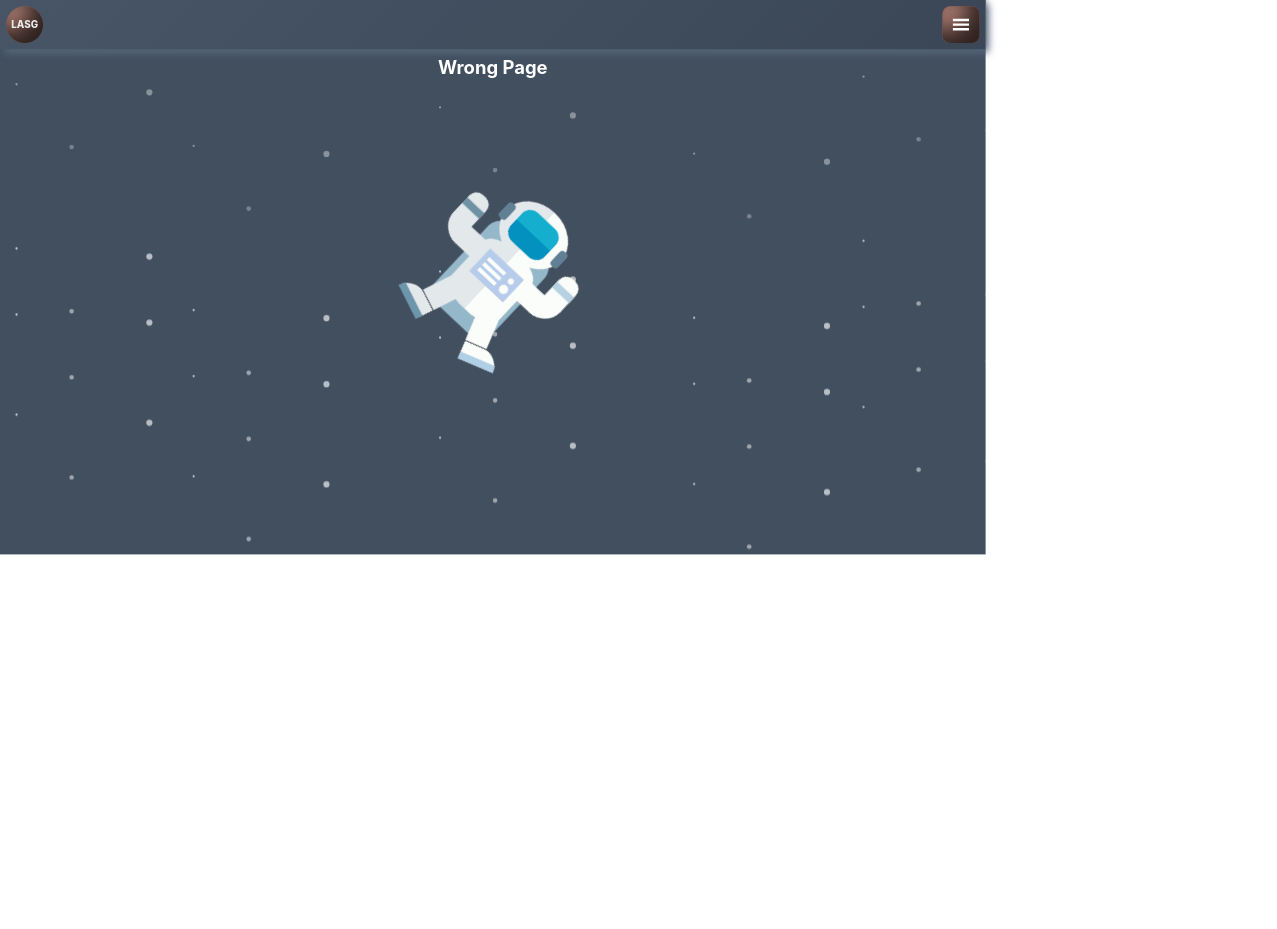
Repository: ShindanoSingi/LA-Swahili-Group
Page: /register (app in client/)
These files come from the project's save history. The page is drawn as it stood at one moment and after the next save; the edit follows.
The browser window is 1280 px wide. The page is 1658 px wide, then 1280 px, so the pictures cover 1658 px, including what lies to the right of the window. The pictures show the whole page, at 77% of full size.
The project was rebuilt for these pictures with package versions that can differ from the ones it lists, and the page was loaded fresh each time. Also part of the build but not shown: client/src/pages/home/Home.js, client/src/pages/about/About.js, client/src/pages/contact/Contact.js, client/src/pages/login/Login.js, client/src/pages/userDashBoard/UserDashBoard.js, client/src/pages/superUsersDashBoard/SuperUsersDashBoard.js.

Above is the page before, as saved 2024-02-11 15:14:37.

### client/src/index.js
import React from 'react';
import ReactDOM from 'react-dom/client';
import './index.css';
import App from './App';
import reportWebVitals from './reportWebVitals';
import { Provider } from "react-redux";
import store from './redux/store';
import { BrowserRouter } from 'react-router-dom';


const root = ReactDOM.createRoot(document.getElementById('root'));
root.render(
  <Provider store={store}>
    <BrowserRouter>
    <App />
    </BrowserRouter>
  </Provider>
);

// If you want to start measuring performance in your app, pass a function
// to log results (for example: reportWebVitals(console.log))
// or send to an analytics endpoint. Learn more: https://bit.ly/CRA-vitals
reportWebVitals();

### client/src/index.css
@tailwind base;
@tailwind components;
@tailwind utilities;

:root{
  --primary: #424F5F;
  --secondary: #F3F3F3;
  --tertiary: #F4A261;
  --quaternary: #2A9D8F;
  --quinary: #E9C46A;

}

body {
  margin: 0;
  font-family: -apple-system, BlinkMacSystemFont, 'Segoe UI', 'Roboto', 'Oxygen',
    'Ubuntu', 'Cantarell', 'Fira Sans', 'Droid Sans', 'Helvetica Neue',
    sans-serif;
  -webkit-font-smoothing: antialiased;
  -moz-osx-font-smoothing: grayscale;
}

.container{
  max-height: 100vh;
  background-color: var(--primary);
}

.container {
  display: flex;
  justify-content: center;
  align-items: center;
  height: 100vh;
}

.logo{
  height: 100dvh;
}

### client/src/App.js
import Header from "./components/header/Header";
import Error from "./pages/error/Error";
import Home from "./pages/home/Home";
import { Routes, Route, useNavigate } from "react-router-dom";
import About from "./pages/about/About";
import Contact from "./pages/contact/Contact";
import Login from "./pages/login/Login";
import UserDashBoard from "./pages/userDashBoard/UserDashBoard";
import SuperUsersDashBoard from "./pages/superUsersDashBoard/SuperUsersDashBoard";
import { useEffect } from "react";


function App() {

      const navigate = useNavigate()

      const user = 'superusers';

      useEffect(() => {
            if (user === 'superuser') {
                  navigate('/superuser')
            }
      })

      return (
            <>
                  <Header />
                  <Routes>
                        <Route path="/" element={<Home />} />
                        <Route path="/about" element={<About />} />
                        <Route path="/contact" element={<Contact />} />
                        <Route path="/login" element={<Login />} />
                        <Route path="/user" element={<UserDashBoard/>} />
                        <Route path="/superuser" element={<SuperUsersDashBoard/>} />
                        <Route path="/admin" element={<adminDashBoard/>} />
                        <Route
                              path="/:rest*"
                              element={
                                    <h1>
                                          <Error />
                                    </h1>
                              }
                        />
                  </Routes>
            </>
      );
}

export default App;

### client/src/redux/store.js
import { configureStore } from "@reduxjs/toolkit";

import userReducer from "./userSlice";

const store = configureStore({
    reducer: {
        userReducer,
    },
});

export default store;

### client/src/components/header/Header.js
import React, { useState } from "react";
import "./Header.css";
import { GiHamburgerMenu } from "react-icons/gi";
import { Link } from "react-router-dom";

function Header() {
      const [show, setShow] = useState(false);

      return (
            <div className="header fixed top-0 w-full flex items-center justify-between p-2">
                  <div className="w-12 h-12 rounded-full text-[0.8rem] logo-button flex font-extrabold text-[#EBEBEB] justify-center items-center">
                        LASG
                  </div>
                  <div className="hambourger h-12 w-12 flex items-center justify-center">
                        <GiHamburgerMenu
                              className="text-[#FFFFFF] text-2xl"
                              onClick={() => setShow(!show)}
                        />
                  </div>
                  {show && (
                        <ul className="flex flex-col items-center p-2 top-[4.2rem] right-2 menu text-[#FFFFFF] absolute">
                              <Link to="/" onClick={() => setShow(!show)}>
                                    <li className="menu-item">Home</li>
                              </Link>
                              <Link to="/about" onClick={() => setShow(!show)}>
                                    <li className="menu-item">About</li>
                              </Link>
                              <Link
                                    to="/contact"
                                    onClick={() => setShow(!show)}
                              >
                                    <li className="menu-item">Contact</li>
                              </Link>
                              <Link to="/login" onClick={() => setShow(!show)}>
                                    <li className="menu-item">Login</li>
                              </Link>
                        </ul>
                  )}
            </div>
      );
}

export default Header;

### client/src/pages/error/Error.js
import React from "react";
import "./Error.css";

function Error() {
      return (
            <div className="container">
                    <div className="absolute text-white font-bold text-2xl top-[10%]">Wrong Page</div>
                  <div className="box-of-star1">
                        <div className="star star-position1"></div>
                        <div className="star star-position2"></div>
                        <div className="star star-position3"></div>
                        <div className="star star-position4"></div>
                        <div className="star star-position5"></div>
                        <div className="star star-position6"></div>
                        <div className="star star-position7"></div>
                  </div>
                  <div className="box-of-star2">
                        <div className="star star-position1"></div>
                        <div className="star star-position2"></div>
                        <div className="star star-position3"></div>
                        <div className="star star-position4"></div>
                        <div className="star star-position5"></div>
                        <div className="star star-position6"></div>
                        <div className="star star-position7"></div>
                  </div>
                  <div className="box-of-star3">
                        <div className="star star-position1"></div>
                        <div className="star star-position2"></div>
                        <div className="star star-position3"></div>
                        <div className="star star-position4"></div>
                        <div className="star star-position5"></div>
                        <div className="star star-position6"></div>
                        <div className="star star-position7"></div>
                  </div>
                  <div className="box-of-star4">
                        <div className="star star-position1"></div>
                        <div className="star star-position2"></div>
                        <div className="star star-position3"></div>
                        <div className="star star-position4"></div>
                        <div className="star star-position5"></div>
                        <div className="star star-position6"></div>
                        <div className="star star-position7"></div>
                  </div>
                  <div data-js="astro" className="astronaut">
                        <div className="head"></div>
                        <div className="arm arm-left"></div>
                        <div className="arm arm-right"></div>
                        <div className="body">
                              <div className="panel"></div>
                        </div>
                        <div className="leg leg-left"></div>
                        <div className="leg leg-right"></div>
                        <div className="schoolbag"></div>
                  </div>
            </div>
      );
}

export default Error;

### client/src/redux/userSlice.js
import {createSlice} from '@reduxjs/toolkit';

const userSlice = createSlice({
    name: 'user',
    initialState: {
        user: null,
    },
    reducers: {
        setUser: (state, action) => {
            state.user = action.payload;
        },
    },
});

export const {setUser} = userSlice.actions;
export default userSlice.reducer;

### client/src/components/header/Header.css
.header {
    border-radius: 0px;
background: linear-gradient(315deg, #3b4756, #475566);
box-shadow:  -5px -5px 10px #262e37,
             5px 5px 10px #5e7087;
}

.logo-button {
    border-radius: 50%;
    background: #6E5049;
    box-shadow: inset -14px -14px 27px #2d211e, inset 14px 14px 27px #af7f74;
}

.hambourger {
    border-radius: 10px;
    background: #6E5049;
    box-shadow: inset -14px -14px 27px #2d211e, inset 14px 14px 27px #af7f74;
}

.menu {
    border-radius: 9px;
    background: #3E5F75;
    box-shadow: inset -5px -5px 10px #38556c, inset 5px 5px 10px #5885a8;
    padding: 0.5rem;
}

.menu-item{
    border-radius: 7px;
background: #486D8A;
box-shadow: inset -15px -15px 13px #2a3f50,
            inset 15px 15px 13px #669bc4;
            width: 5rem;
            text-align: center;
            margin: 0.2rem;
            padding: 0.2rem 0.5rem;
}

### client/src/pages/error/Error.css
@keyframes snow {
    0% {
      opacity: 0;
      transform: translateY(0px);
    }

    20% {
      opacity: 1;
    }

    100% {
      opacity: 1;
      transform: translateY(650px);
    }
  }

  @keyframes astronaut {
    0% {
      transform: rotate(0deg);
    }

    100% {
      transform: rotate(360deg);
    }
  }

  .box-of-star1,
  .box-of-star2,
  .box-of-star3,
  .box-of-star4 {
    width: 100%;
    position: absolute;
    z-index: 10;
    left: 0;
    top: 0;
    transform: translateY(0px);
    height: 700px;
  }

  .box-of-star1 {
    animation: snow 5s linear infinite;
  }

  .box-of-star2 {
    animation: snow 5s -1.64s linear infinite;
  }

  .box-of-star3 {
    animation: snow 5s -2.30s linear infinite;
  }

  .box-of-star4 {
    animation: snow 5s -3.30s linear infinite;
  }

  .star {
    width: 3px;
    height: 3px;
    border-radius: 50%;
    background-color: #FFF;
    position: absolute;
    z-index: 10;
    opacity: 0.7;
  }

  .star:before {
    content: "";
    width: 6px;
    height: 6px;
    border-radius: 50%;
    background-color: #FFF;
    position: absolute;
    z-index: 10;
    top: 80px;
    left: 70px;
    opacity: .7;
  }

  .star:after {
    content: "";
    width: 8px;
    height: 8px;
    border-radius: 50%;
    background-color: #FFF;
    position: absolute;
    z-index: 10;
    top: 8px;
    left: 170px;
    opacity: .9;
  }

  .star-position1 {
    top: 30px;
    left: 20px;
  }

  .star-position2 {
    top: 110px;
    left: 250px;
  }

  .star-position3 {
    top: 60px;
    left: 570px;
  }

  .star-position4 {
    top: 120px;
    left: 900px;
  }

  .star-position5 {
    top: 20px;
    left: 1120px;
  }

  .star-position6 {
    top: 90px;
    left: 1280px;
  }

  .star-position7 {
    top: 30px;
    left: 1480px;
  }

  .astronaut {
    width: 250px;
    height: 300px;
    position: absolute;
    z-index: 11;
    top: calc(50% - 150px);
    left: calc(50% - 125px);
    animation: astronaut 5s linear infinite;
  }

  .schoolbag {
    width: 100px;
    height: 150px;
    position: absolute;
    z-index: 1;
    top: calc(50% - 75px);
    left: calc(50% - 50px);
    background-color: #94b7ca;
    border-radius: 50px 50px 0 0 / 30px 30px 0 0;
  }

  .head {
    width: 97px;
    height: 80px;
    position: absolute;
    z-index: 3;
    background: -webkit-linear-gradient(left, #e3e8eb 0%, #e3e8eb 50%, #fbfdfa 50%, #fbfdfa 100%);
    border-radius: 50%;
    top: 34px;
    left: calc(50% - 47.5px);
  }

  .head:after {
    content: "";
    width: 60px;
    height: 50px;
    position: absolute;
    top: calc(50% - 25px);
    left: calc(50% - 30px);
    background: -webkit-linear-gradient(top, #15aece 0%, #15aece 50%, #0391bf 50%, #0391bf 100%);
    border-radius: 15px;
  }

  .head:before {
    content: "";
    width: 12px;
    height: 25px;
    position: absolute;
    top: calc(50% - 12.5px);
    left: -4px;
    background-color: #618095;
    border-radius: 5px;
    box-shadow: 92px 0px 0px #618095;
  }

  .body {
    width: 85px;
    height: 100px;
    position: absolute;
    z-index: 2;
    background-color: #fffbff;
    border-radius: 40px / 20px;
    top: 105px;
    left: calc(50% - 41px);
    background: -webkit-linear-gradient(left, #e3e8eb 0%, #e3e8eb 50%, #fbfdfa 50%, #fbfdfa 100%);
  }

  .panel {
    width: 60px;
    height: 40px;
    position: absolute;
    top: 20px;
    left: calc(50% - 30px);
    background-color: #b7cceb;
  }

  .panel:before {
    content: "";
    width: 30px;
    height: 5px;
    position: absolute;
    top: 9px;
    left: 7px;
    background-color: #fbfdfa;
    box-shadow: 0px 9px 0px #fbfdfa, 0px 18px 0px #fbfdfa;
  }

  .panel:after {
    content: "";
    width: 8px;
    height: 8px;
    position: absolute;
    top: 9px;
    right: 7px;
    background-color: #fbfdfa;
    border-radius: 50%;
    box-shadow: 0px 14px 0px 2px #fbfdfa;
  }

  .arm {
    width: 80px;
    height: 30px;
    position: absolute;
    top: 121px;
    z-index: 2;
  }

  .arm-left {
    left: 30px;
    background-color: #e3e8eb;
    border-radius: 0 0 0 39px;
  }

  .arm-right {
    right: 30px;
    background-color: #fbfdfa;
    border-radius: 0 0 39px 0;
  }

  .arm-left:before,
  .arm-right:before {
    content: "";
    width: 30px;
    height: 70px;
    position: absolute;
    top: -40px;
  }

  .arm-left:before {
    border-radius: 50px 50px 0px 120px / 50px 50px 0 110px;
    left: 0;
    background-color: #e3e8eb;
  }

  .arm-right:before {
    border-radius: 50px 50px 120px 0 / 50px 50px 110px 0;
    right: 0;
    background-color: #fbfdfa;
  }

  .arm-left:after,
  .arm-right:after {
    content: "";
    width: 30px;
    height: 10px;
    position: absolute;
    top: -24px;
  }

  .arm-left:after {
    background-color: #6e91a4;
    left: 0;
  }

  .arm-right:after {
    right: 0;
    background-color: #b6d2e0;
  }

  .leg {
    width: 30px;
    height: 40px;
    position: absolute;
    z-index: 2;
    bottom: 70px;
  }

  .leg-left {
    left: 76px;
    background-color: #e3e8eb;
    transform: rotate(20deg);
  }

  .leg-right {
    right: 73px;
    background-color: #fbfdfa;
    transform: rotate(-20deg);
  }

  .leg-left:before,
  .leg-right:before {
    content: "";
    width: 50px;
    height: 25px;
    position: absolute;
    bottom: -26px;
  }

  .leg-left:before {
    left: -20px;
    background-color: #e3e8eb;
    border-radius: 30px 0 0 0;
    border-bottom: 10px solid #6d96ac;
  }

  .leg-right:before {
    right: -20px;
    background-color: #fbfdfa;
    border-radius: 0 30px 0 0;
    border-bottom: 10px solid #b0cfe4;
  }

Loaded but not shown: client/public/index.html (common file); client/src/reportWebVitals.js (common file); client/tailwind.config.js (common file); client/src/pages/register/Register.js (142 lines, source omitted)

After the next save:
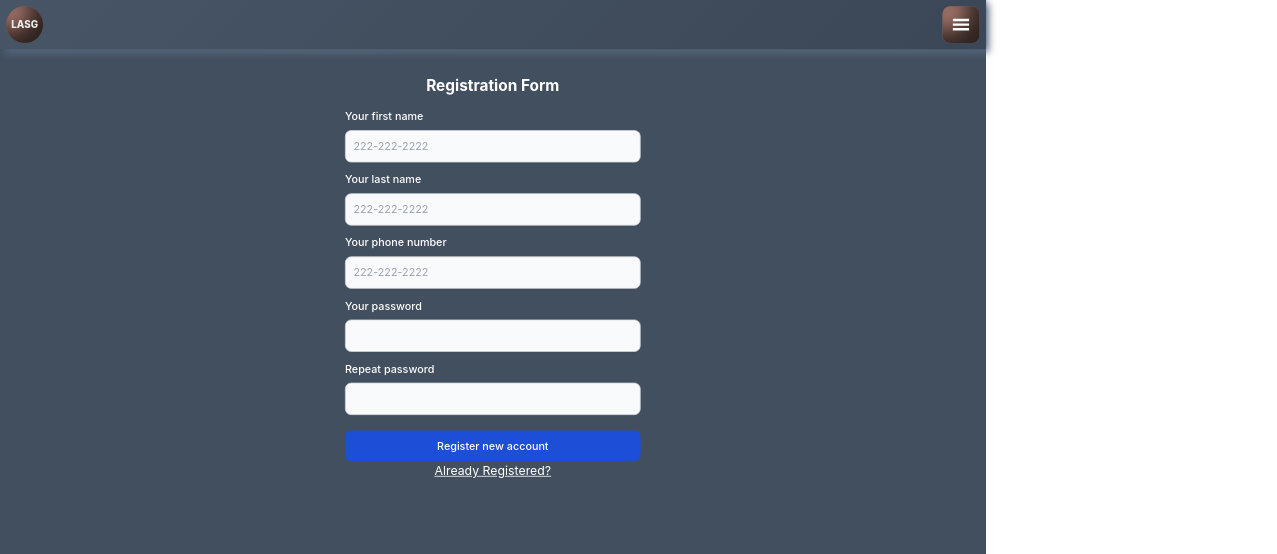
Saved 10 s later.
--- a/client/src/App.js
+++ b/client/src/App.js
@@ -8,6 +8,7 @@ import Login from "./pages/login/Login";
 import UserDashBoard from "./pages/userDashBoard/UserDashBoard";
 import SuperUsersDashBoard from "./pages/superUsersDashBoard/SuperUsersDashBoard";
 import { useEffect } from "react";
+import Register from "./pages/register/Register";
 
 
 function App() {
@@ -30,6 +31,7 @@ function App() {
                         <Route path="/about" element={<About />} />
                         <Route path="/contact" element={<Contact />} />
                         <Route path="/login" element={<Login />} />
+                        <Route path="/register" element={<Register/>} />
                         <Route path="/user" element={<UserDashBoard/>} />
                         <Route path="/superuser" element={<SuperUsersDashBoard/>} />
                         <Route path="/admin" element={<adminDashBoard/>} />
